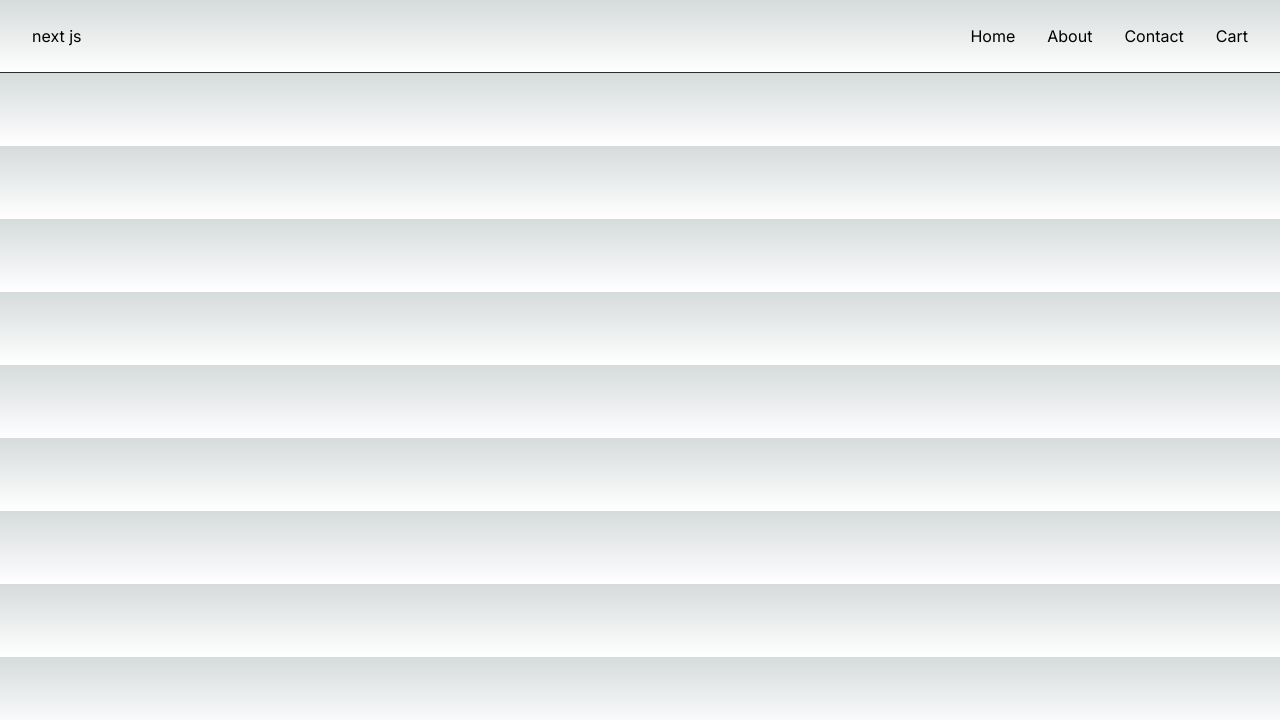
Repository: VilokMasuti/Nextjs-practice
Page: /cart/item1
The author's editor kept a copy of each file at every save. The page is drawn from the files as they stood at one save, then again after the next save.
The browser window is 1280 px wide. The pictures show the whole page.
The project was rebuilt for these pictures with package versions that can differ from the ones it lists, and the page was loaded fresh each time. The framework's server and built-in components were replaced by stand-ins that run in the browser. Also part of the build but not shown: next.config.mjs.

Above is the page before, as saved 2024-03-03 21:13:54.

### app/layout.tsx
import type { Metadata } from "next";
import { Inter } from "next/font/google";
import "./globals.css";

import Navbar from "../components/Navbar";

const inter = Inter({ subsets: ["latin"] });

export const metadata: Metadata = {
  title: "Create Next App",
  description: "Generated by create next app",
};

export default function RootLayout({
  children,
}: Readonly<{
  children: React.ReactNode;
}>) {
  return (
    <html lang="en">
      <body className={inter.className}>
        <Navbar />
        {children}
      </body>
    </html>
  );
}

### app/(dashbord)/cart/[name]/page.tsx
const items = () => {
  return <div></div>;
};

export default items;

### components/Navbar.tsx
import Link from "next/link";
import styles from "./navbar.module.css";

const Navbar = () => {
  return (
    <header>
      <nav className={styles.nav}>
        <p> next js</p>
        <ul className={styles.links}>
          <Link href="/">
            <li> Home </li>
          </Link>
          <Link href="/about">
            <li> About</li>
          </Link>
          <Link href="/contact">
            <li> Contact</li>
          </Link>
          <Link href="/cart">
            <li> Cart</li>
          </Link>
        </ul>
      </nav>
    </header>
  );
};

export default Navbar;

### components/navbar.module.css
.nav {
  width: 100%;
  padding: 1.5rem 2rem;
  display: flex;
  align-items: center;
  justify-content: space-between;
  flex-wrap: wrap;
  border-bottom: 1px solid #2c2c2c;
}
.links {
  flex: 1;
  list-style: none;
  display: flex;
  justify-content: end;
  align-items: center;
  gap: 2rem;
}
.links li {
  white-space: nowrap;
  cursor: pointer;
}
.links li:hover,
.links li:active {
  color: #0099ff;
}

Loaded but not shown: app/globals.css (common file); tailwind.config.ts (common file)

After the next save:
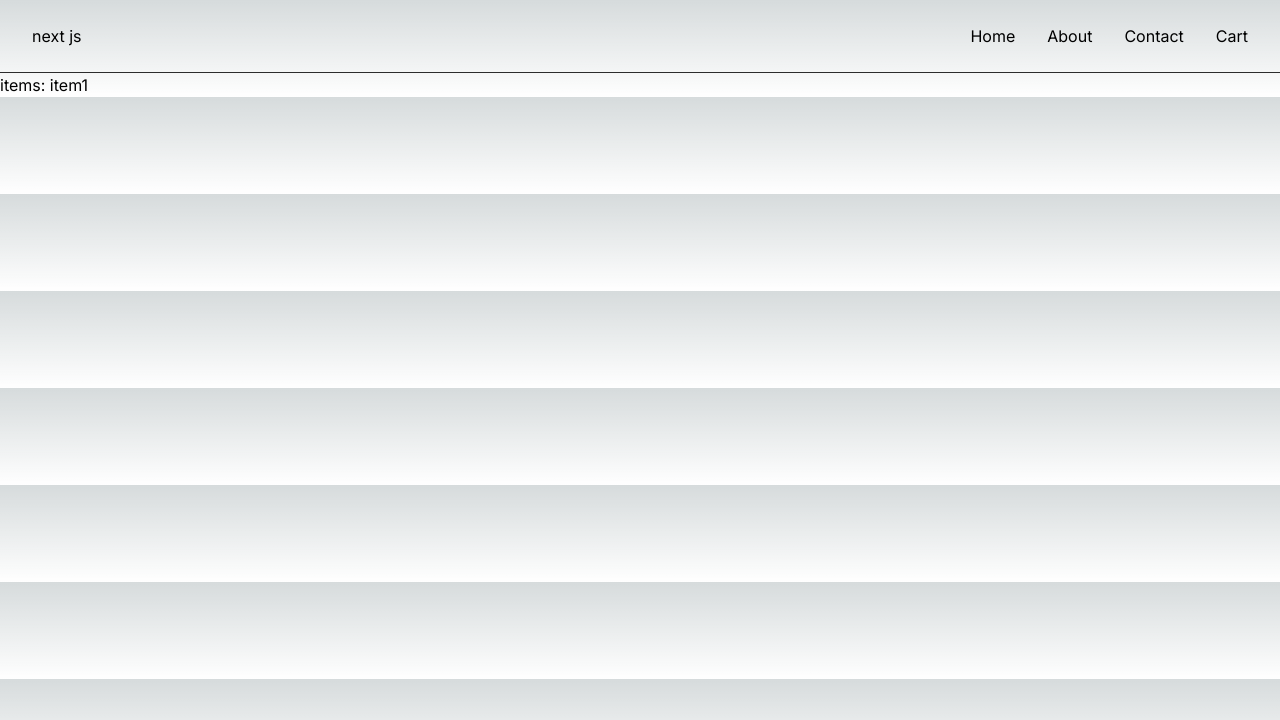
Saved 22 s later.
--- a/app/(dashbord)/cart/[name]/page.tsx
+++ b/app/(dashbord)/cart/[name]/page.tsx
@@ -1,5 +1,5 @@
-const items = () => {
-  return <div></div>;
+const items = ({ params }) => {
+  return <div> items: {params.name}</div>;
 };
 
 export default items;
